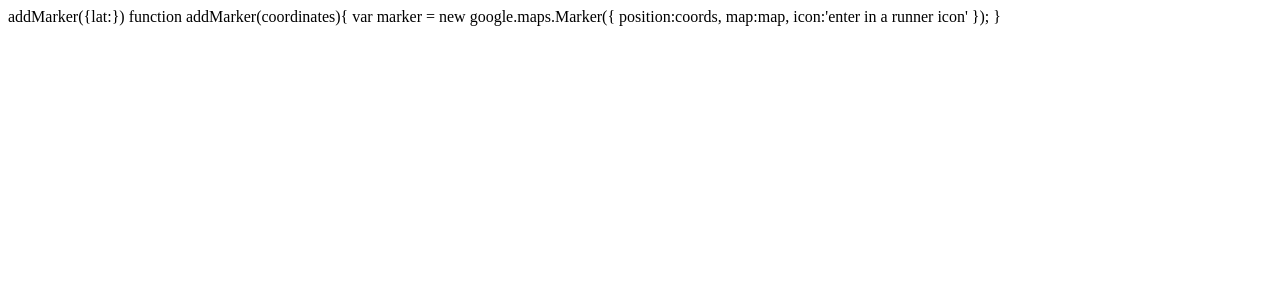
Repository: MaydayBR/creating-an-Event
Page: home.html
An editor plug-in stored every save of this project. The page is shown before and after a run of saves, followed by the edit.
The browser window is 1280 px wide. The pictures show the whole page.

Above is the page before, as saved 2024-10-01 23:36:35.

### home.html




addMarker({lat:})

function addMarker(coordinates){
    var marker = new google.maps.Marker({
        position:coords,
        map:map,
        icon:'enter in a runner icon'
    });
}

After the next 2 saves:
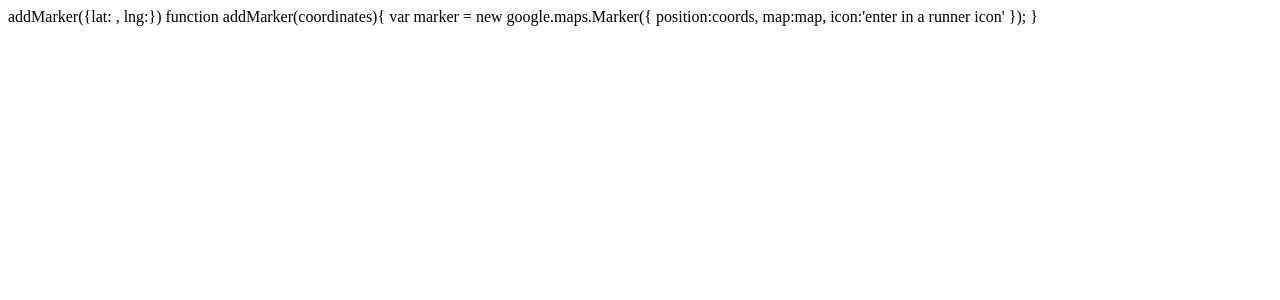
The 2 saves are shown as one change because they came seconds apart.
The last was saved 8 s later.
--- a/home.html
+++ b/home.html
@@ -2,7 +2,7 @@
 
 
 
-addMarker({lat:})
+addMarker({lat: , lng:})
 
 function addMarker(coordinates){
     var marker = new google.maps.Marker({
